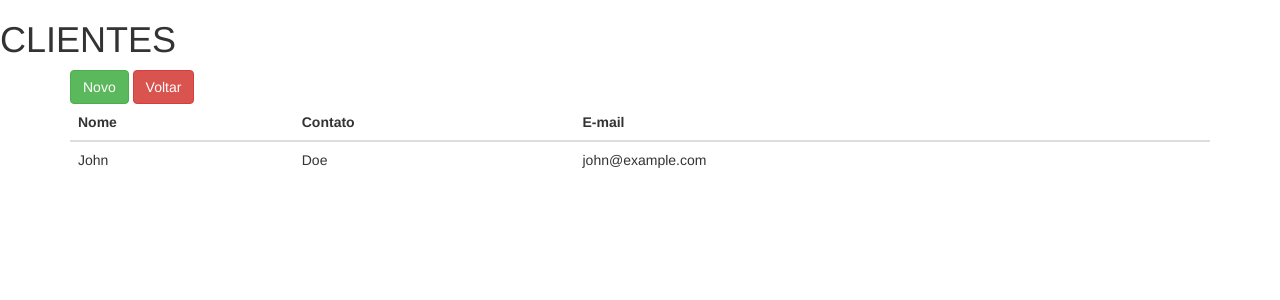
Repository: diegokunha/LojinhaGuru
Page: http://localhost/LojinhaGuru/clientes
An editor plug-in stored every save of this project. The page is shown before and after the next save, followed by the edit.
The browser window is 1280 px wide. The pictures show the whole page.
Some web libraries are served in a nearby version. The page is served by Tomcat 9. Other server files are loaded and not shown.

Above is the page before, as saved 2017-10-04 01:03:40.

### LojinhaGuru/WebContent/WEB-INF/views/jsp/clientes.jsp
<?xml version="1.0" encoding="utf-8" ?>
<%@ page language="java" contentType="text/html; charset=utf-8"
	pageEncoding="utf-8"%>
<!DOCTYPE html PUBLIC "-//W3C//DTD XHTML 1.0 Transitional//EN" "http://www.w3.org/TR/xhtml1/DTD/xhtml1-transitional.dtd">
<html xmlns="http://www.w3.org/1999/xhtml">
<head>
<meta http-equiv="Content-Type" content="text/html; charset=utf-8" />

<!-- Latest compiled and minified CSS -->
<link rel="stylesheet"
	href="https://maxcdn.bootstrapcdn.com/bootstrap/3.3.7/css/bootstrap.min.css" />

<!-- jQuery library -->
<script
	src="https://ajax.googleapis.com/ajax/libs/jquery/3.2.1/jquery.min.js"></script>

<!-- Latest compiled JavaScript -->
<script
	src="https://maxcdn.bootstrapcdn.com/bootstrap/3.3.7/js/bootstrap.min.js"></script>
<title>Insert title here</title>
</head>
<body>
	<h1>CLIENTES</h1>
	<div class="container">
		<form>

			<a href="adicionaCliente"><button type="button"
					class="btn btn-success">Novo</button></a> <a href="index"><button
					type="button" class="btn btn-danger">Voltar</button></a>

			<table class="table table-hover">
				<thead>
					<tr>
						<th>Nome</th>
						<th>Contato</th>
						<th>E-mail</th>
						<th></th>
					</tr>
				</thead>
				<tbody>
					<tr>
						<td>John</td>
						<td>Doe</td>
						<td>john@example.com</td>
					</tr>
				</tbody>
			</table>
		</form>
	</div>
</body>
</html>

After the next save:
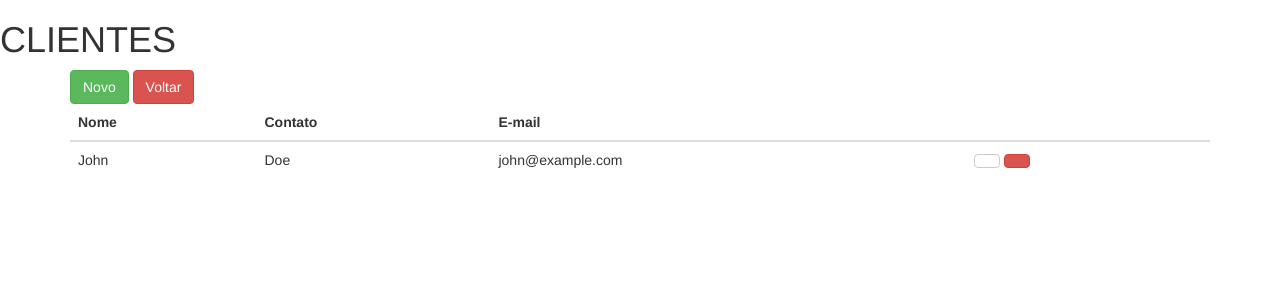
Saved 2 min 51 s later.
--- a/LojinhaGuru/WebContent/WEB-INF/views/jsp/clientes.jsp
+++ b/LojinhaGuru/WebContent/WEB-INF/views/jsp/clientes.jsp
@@ -42,6 +42,10 @@
 						<td>John</td>
 						<td>Doe</td>
 						<td>john@example.com</td>
+						<td>
+							<button type="button" class="btn btn-default"><span class="glyphicon glyphicons-pen"></span></button>
+							<button type="button" class="btn btn-danger"><span class="glyphicon glyphicons-remove-sign"></span></button>
+						</td>
 					</tr>
 				</tbody>
 			</table>
